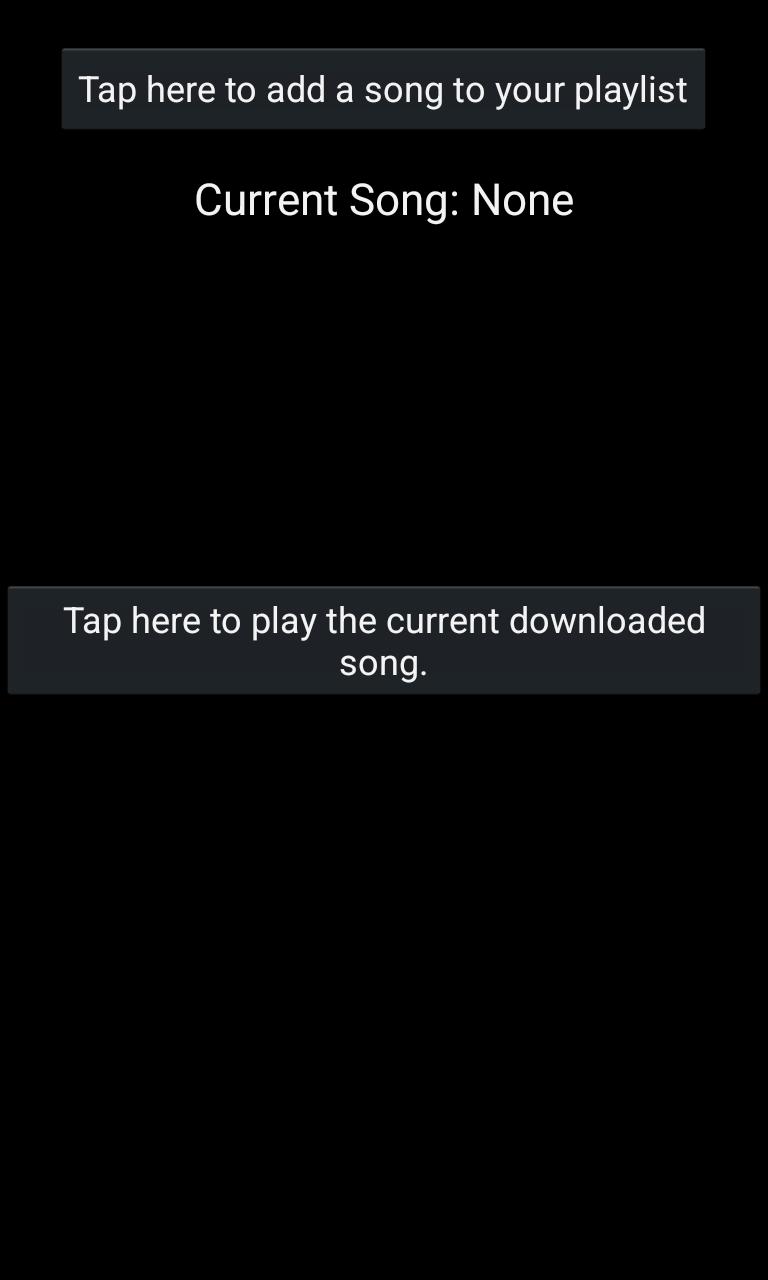
Repository: griff1/idpa2012projects
Layout: workspace/Player/res/layout/main2.xml
These files come from the project's save history. The layout is drawn as it stood at one moment and after the next save; the edit follows.
It is drawn on a 768 x 1280 px phone screen (xhdpi) without system bars, with theme android:Theme.Holo; the app's code is not run.

Above is the layout before, as saved 2012-08-02 20:07:03.

After the next save:
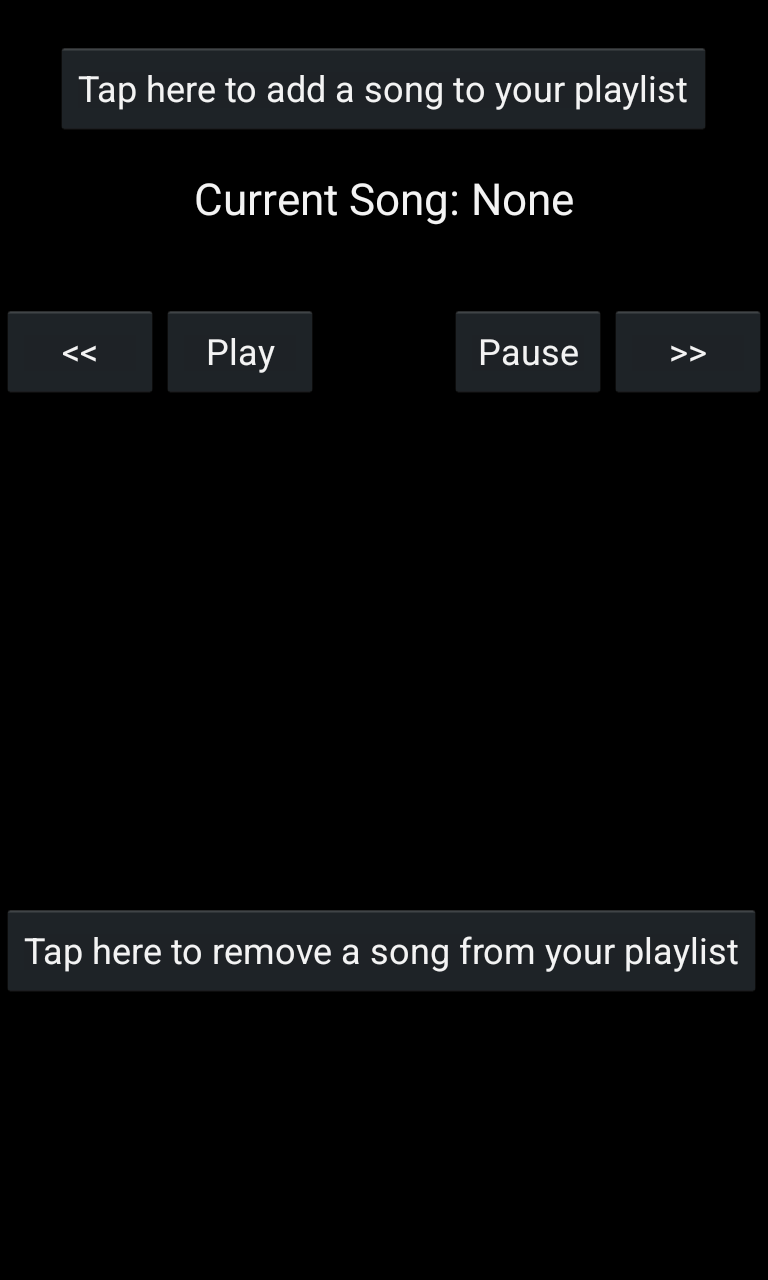
Saved 41 s later.
--- a/workspace/Player/res/layout/main2.xml
+++ b/workspace/Player/res/layout/main2.xml
@@ -1,8 +1,9 @@
 <?xml version="1.0" encoding="utf-8"?>
-<LinearLayout xmlns:android="http://schemas.android.com/apk/res/android"
-    android:layout_width="match_parent"
+<LinearLayout android:layout_width="match_parent"
     android:layout_height="match_parent"
-    android:orientation="vertical" >
+    android:orientation="vertical" xmlns:android="http://schemas.android.com/apk/res/android">
+
+
 
 
 
@@ -42,9 +43,56 @@
             android:id="@+id/button2"
             android:layout_width="wrap_content"
             android:layout_height="wrap_content"
+            android:layout_alignParentBottom="true"
             android:layout_alignParentLeft="true"
-            android:layout_centerVertical="true"
-            android:text="@string/Tap2" />
+            android:layout_marginBottom="141dp"
+            android:text="@string/TapHere2" />
+
+
+
+        <Button
+            android:id="@+id/button3"
+            android:layout_width="80dp"
+            android:layout_height="wrap_content"
+            android:layout_alignParentLeft="true"
+            android:layout_below="@+id/textView1"
+            android:layout_marginTop="38dp"
+            android:text="@string/Back" />
+
+
+
+        <Button
+            android:id="@+id/button4"
+            android:layout_width="80dp"
+            android:layout_height="wrap_content"
+            android:layout_alignBaseline="@+id/button3"
+            android:layout_alignBottom="@+id/button3"
+            android:layout_toRightOf="@+id/button3"
+            android:text="@string/Play" />
+
+
+
+
+        <Button
+            android:id="@+id/button6"
+            android:layout_width="80dp"
+            android:layout_height="wrap_content"
+            android:layout_alignBaseline="@+id/button4"
+            android:layout_alignBottom="@+id/button4"
+            android:layout_alignParentRight="true"
+            android:text="@string/Forward" />
+
+
+
+        <Button
+            android:id="@+id/button5"
+            android:layout_width="80dp"
+            android:layout_height="wrap_content"
+            android:layout_alignBaseline="@+id/button6"
+            android:layout_alignBottom="@+id/button6"
+            android:layout_toLeftOf="@+id/button6"
+            android:text="@string/Pause" />
+
     </RelativeLayout>
 
 </LinearLayout>
